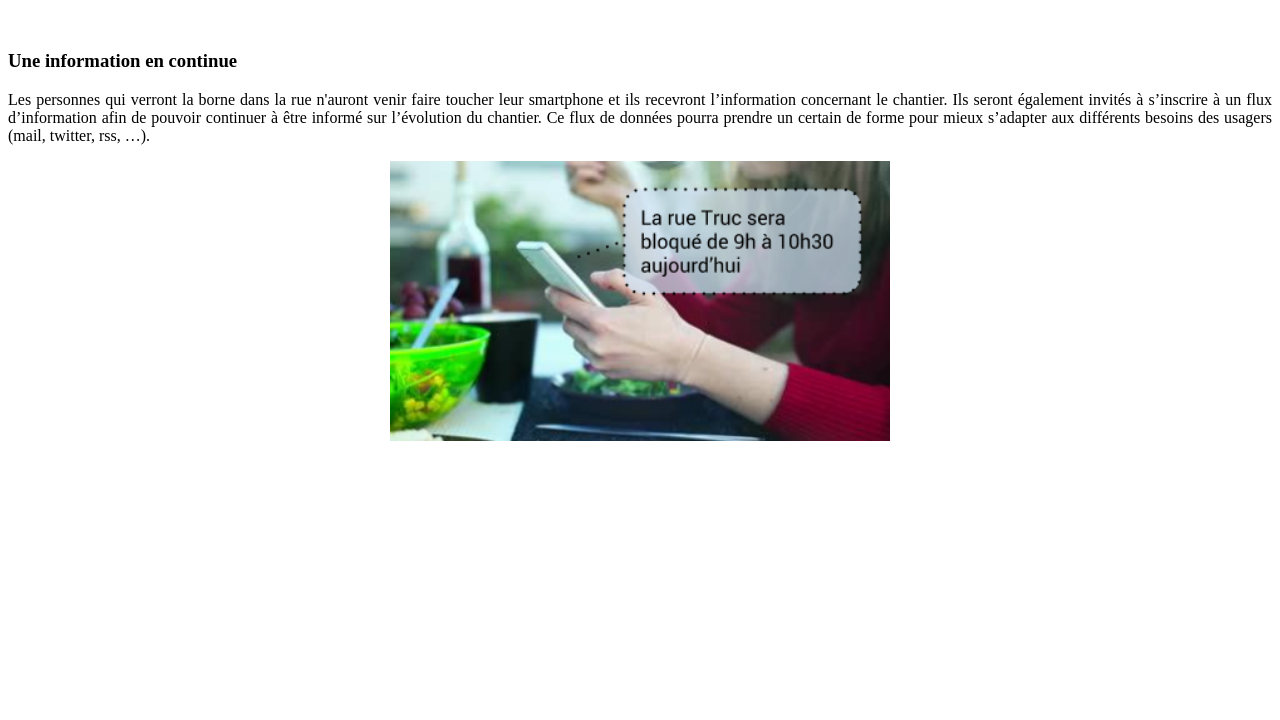
Repository: PierreGauthier/DU-Phase2
Page: duphase2/templates/1man1.html
The author's editor kept a record of every edit. The page is drawn from the files as they stood at one moment, then again after the next edit.
The browser window is 1280 px wide. The pictures show the whole page.
The template is drawn by Django 2.2. The application's start-up code is not run. The template is opened directly, without the code that normally fills it, so the values that code supplies are empty.

Above is the page before.

After the next edit:
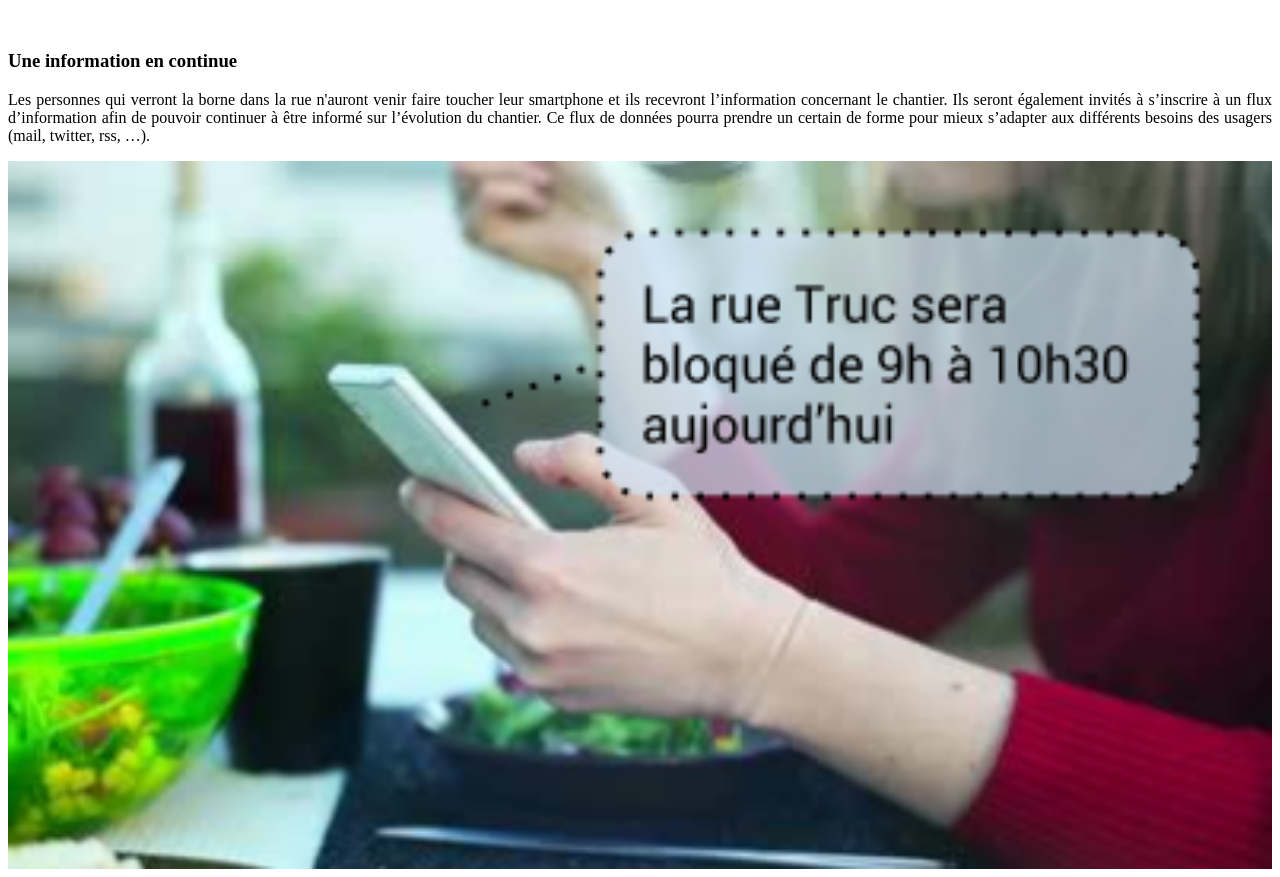
The edit:
--- a/duphase2/templates/1man1.html
+++ b/duphase2/templates/1man1.html
@@ -6,6 +6,6 @@
        Ce flux de données pourra prendre un certain de forme pour mieux s’adapter aux différents besoins des usagers (mail, twitter, rss, …).</p>
    </div>
    <div class="eight wide column">
-       <center><img src='/static/images/1man1.png' style="width:500px;"/></center>
+       <center><img src='/static/images/1man1.png' style="width:100%"/></center>
    </div>
 </div>
